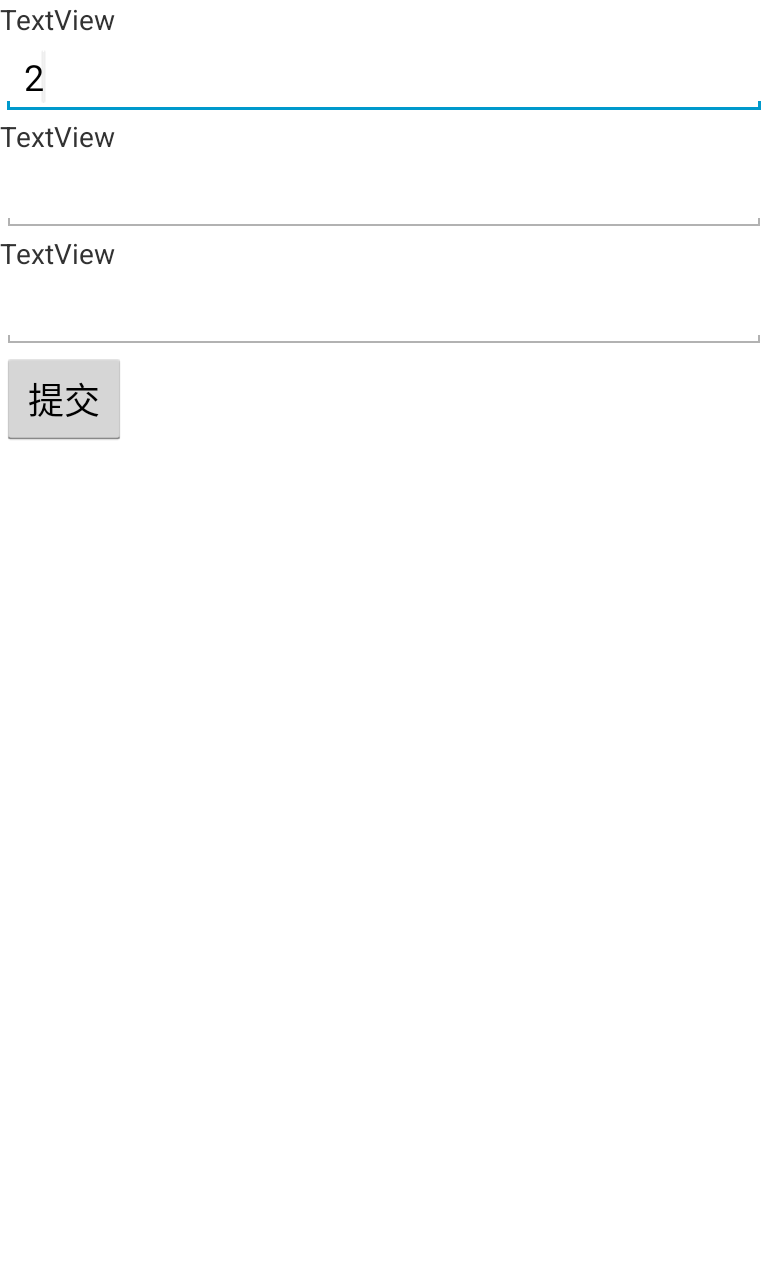
Repository: superlikex/Android_task
Layout: exchange/res/layout/avtivity_set.xml
These files come from the project's save history. The layout is drawn as it stood at one moment and after the next save; the edit follows.
It is drawn on a 768 x 1280 px phone screen (xhdpi) without system bars, with theme AppTheme; the app's code is not run.

Above is the layout before, as saved 2015-12-04 16:23:34.

### exchange/res/layout/avtivity_set.xml
<?xml version="1.0" encoding="utf-8"?>
<LinearLayout xmlns:android="http://schemas.android.com/apk/res/android"
    android:layout_width="match_parent"
    android:layout_height="match_parent"
    android:orientation="vertical" >

    <TextView
        android:id="@+id/textView1"
        android:layout_width="wrap_content"
        android:layout_height="wrap_content"
        android:text="TextView" />

    <EditText
        android:id="@+id/editText1"
        android:layout_width="match_parent"
        android:layout_height="wrap_content"
        android:ems="10"
        android:inputType="numberDecimal"
         android:text="2"
        >

        <requestFocus />
    </EditText>

    <TextView
        android:id="@+id/textView2"
        android:layout_width="wrap_content"
        android:layout_height="wrap_content"
        android:text="TextView" />

    <EditText
        android:id="@+id/editText2"
        android:layout_width="match_parent"
        android:layout_height="wrap_content"
        android:ems="10"
        android:inputType="numberDecimal"

        />

    <TextView
        android:id="@+id/textView3"
        android:layout_width="wrap_content"
        android:layout_height="wrap_content"
        android:text="TextView" />

    <EditText
        android:id="@+id/editText3"
        android:layout_width="match_parent"
        android:layout_height="wrap_content"
        android:ems="10"
        android:inputType="numberDecimal"
         />

    <Button
        android:id="@+id/button1"
        android:layout_width="wrap_content"
        android:layout_height="wrap_content"
        android:text="提交" />


</LinearLayout>

Loaded but not shown: exchange/res/values/styles.xml (common file); exchange/res/values-v11/styles.xml (common file); exchange/res/values-v14/styles.xml (common file)

After the next save:
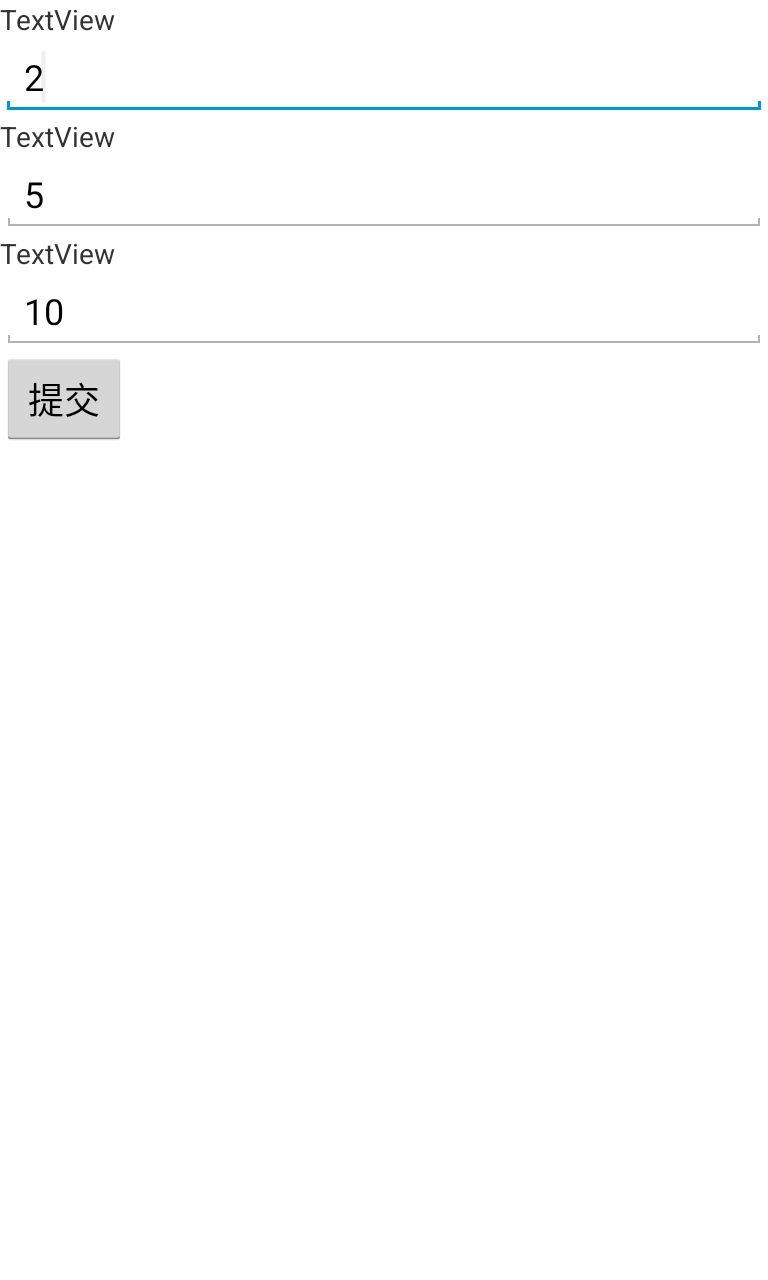
Saved 22 s later.
--- a/exchange/res/layout/avtivity_set.xml
+++ b/exchange/res/layout/avtivity_set.xml
@@ -34,7 +34,7 @@
         android:layout_height="wrap_content"
         android:ems="10"
         android:inputType="numberDecimal"
-
+         android:text="5"
         />
 
     <TextView
@@ -49,6 +49,7 @@
         android:layout_height="wrap_content"
         android:ems="10"
         android:inputType="numberDecimal"
+         android:text="10"
          />
 
     <Button
